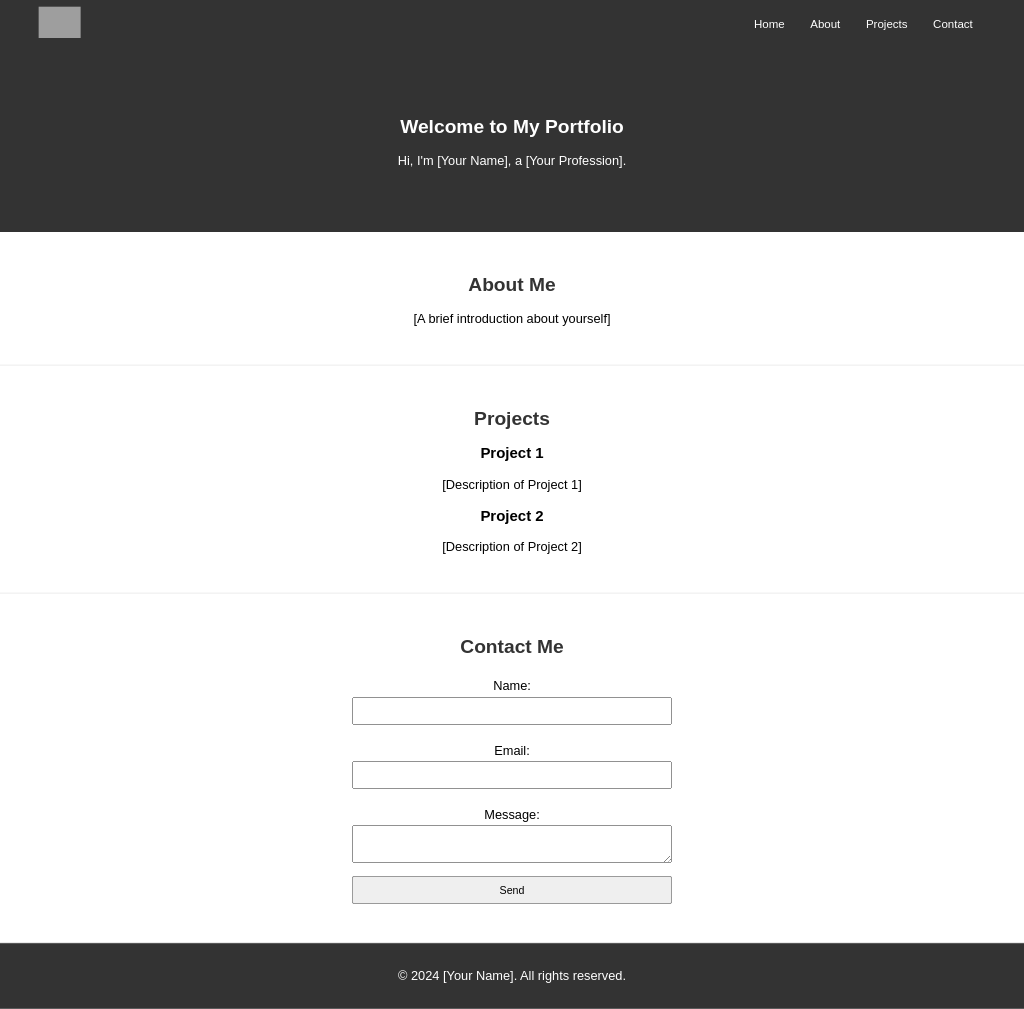
Repository: 4Kbrain/Portofolio
Page: index.html
An editor plug-in stored every save of this project. The page is shown before and after the next save, followed by the edit.
The browser window is 1280 px wide. The pictures show the whole page, at 80% of full size.
Pictures or frames that could not be fetched are drawn as grey boxes.

Above is the page before, as saved 2024-05-15 07:50:20.

### index.html
<!DOCTYPE html>
<html lang="en">
<head>
    <meta charset="UTF-8">
    <meta name="viewport" content="width=device-width, initial-scale=1.0">
    <title>My Portfolio</title>
    <link rel="stylesheet" href="styles.css">
</head>
<body>
    <header>
        <nav>
            <div class="logo">
                <img src="logo.png" alt="Logo">
            </div>
            <ul>
                <li><a href="#home">Home</a></li>
                <li><a href="#about">About</a></li>
                <li><a href="#projects">Projects</a></li>
                <li><a href="#contact">Contact</a></li>
            </ul>
        </nav>
    </header>

    <section id="home">
        <h1>Welcome to My Portfolio</h1>
        <p>Hi, I'm [Your Name], a [Your Profession].</p>
    </section>

    <section id="about">
        <h2>About Me</h2>
        <p>[A brief introduction about yourself]</p>
    </section>

    <section id="projects">
        <h2>Projects</h2>
        <div class="project">
            <h3>Project 1</h3>
            <p>[Description of Project 1]</p>
        </div>
        <div class="project">
            <h3>Project 2</h3>
            <p>[Description of Project 2]</p>
        </div>
        <!-- Add more projects as needed -->
    </section>

    <section id="contact">
        <h2>Contact Me</h2>
        <form id="contact-form">
            <label for="name">Name:</label>
            <input type="text" id="name" name="name" required>

            <label for="email">Email:</label>
            <input type="email" id="email" name="email" required>

            <label for="message">Message:</label>
            <textarea id="message" name="message" required></textarea>

            <button type="submit">Send</button>
        </form>
    </section>

    <footer>
        <p>&copy; 2024 [Your Name]. All rights reserved.</p>
    </footer>
</body>
</html>

### styles.css
body {
    font-family: Arial, sans-serif;
    margin: 0;
    padding: 0;
    box-sizing: border-box;
}

header {
    background-color: #333;
    color: white;
    padding: 0.5rem 1rem;
}

nav {
    display: flex;
    justify-content: space-between;
    align-items: center;
    padding: 0 2rem; /* Add padding to the left and right */
}

nav .logo img {
    height: 40px; /* Adjust the height of the logo as needed */
}

nav ul {
    list-style: none;
    padding: 0;
    margin: 0;
    display: flex;
}

nav ul li {
    margin: 0 1rem;
}

nav ul li a {
    color: white;
    text-decoration: none;
    font-size: 0.9rem; /* Smaller font size for navbar items */
}

section {
    padding: 2rem;
    text-align: center;
}

#home {
    background: #333; /* Same background color as the navbar */
    color: white; /* Ensure text is readable on dark background */
    padding: 4rem 2rem;
}

#about, #skills, #projects, #contact {
    background: #fff;
    border-bottom: 1px solid #ddd;
}

#about h2, #skills h2, #projects h2, #contact h2 {
    color: #333;
}

.project {
    margin: 1rem 0;
}

form {
    display: flex;
    flex-direction: column;
    max-width: 400px;
    margin: 0 auto;
}

form label {
    margin: 0.5rem 0 0.2rem;
}

form input, form textarea, form button {
    padding: 0.5rem;
    margin-bottom: 1rem;
}

footer {
    background-color: #333;
    color: white;
    text-align: center;
    padding: 1rem 0;
}

After the next save:
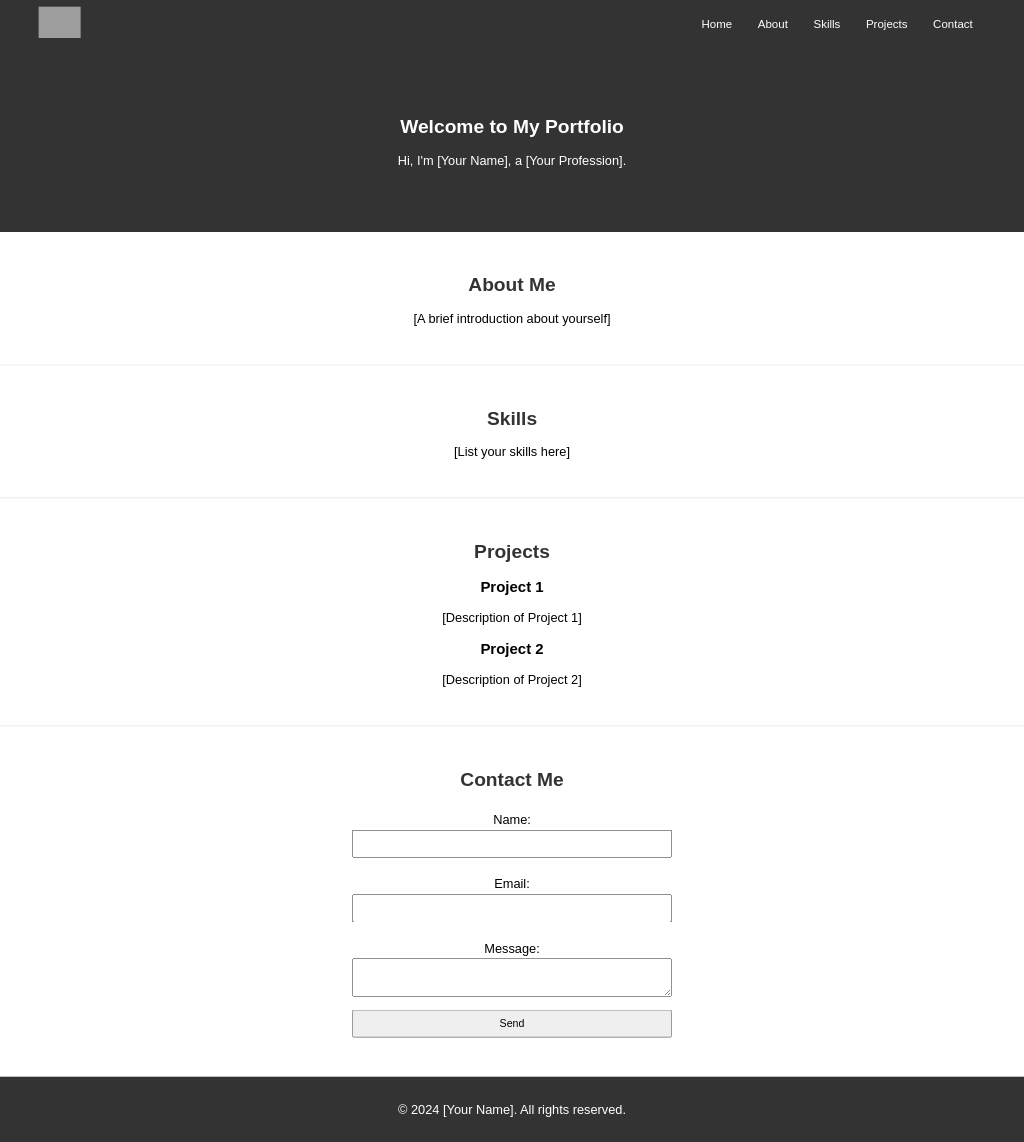
Saved 6 s later.
--- a/index.html
+++ b/index.html
@@ -15,6 +15,7 @@
             <ul>
                 <li><a href="#home">Home</a></li>
                 <li><a href="#about">About</a></li>
+                <li><a href="#skills">Skills</a></li>
                 <li><a href="#projects">Projects</a></li>
                 <li><a href="#contact">Contact</a></li>
             </ul>
@@ -29,6 +30,11 @@
     <section id="about">
         <h2>About Me</h2>
         <p>[A brief introduction about yourself]</p>
+    </section>
+
+    <section id="skills">
+        <h2>Skills</h2>
+        <p>[List your skills here]</p>
     </section>
 
     <section id="projects">
